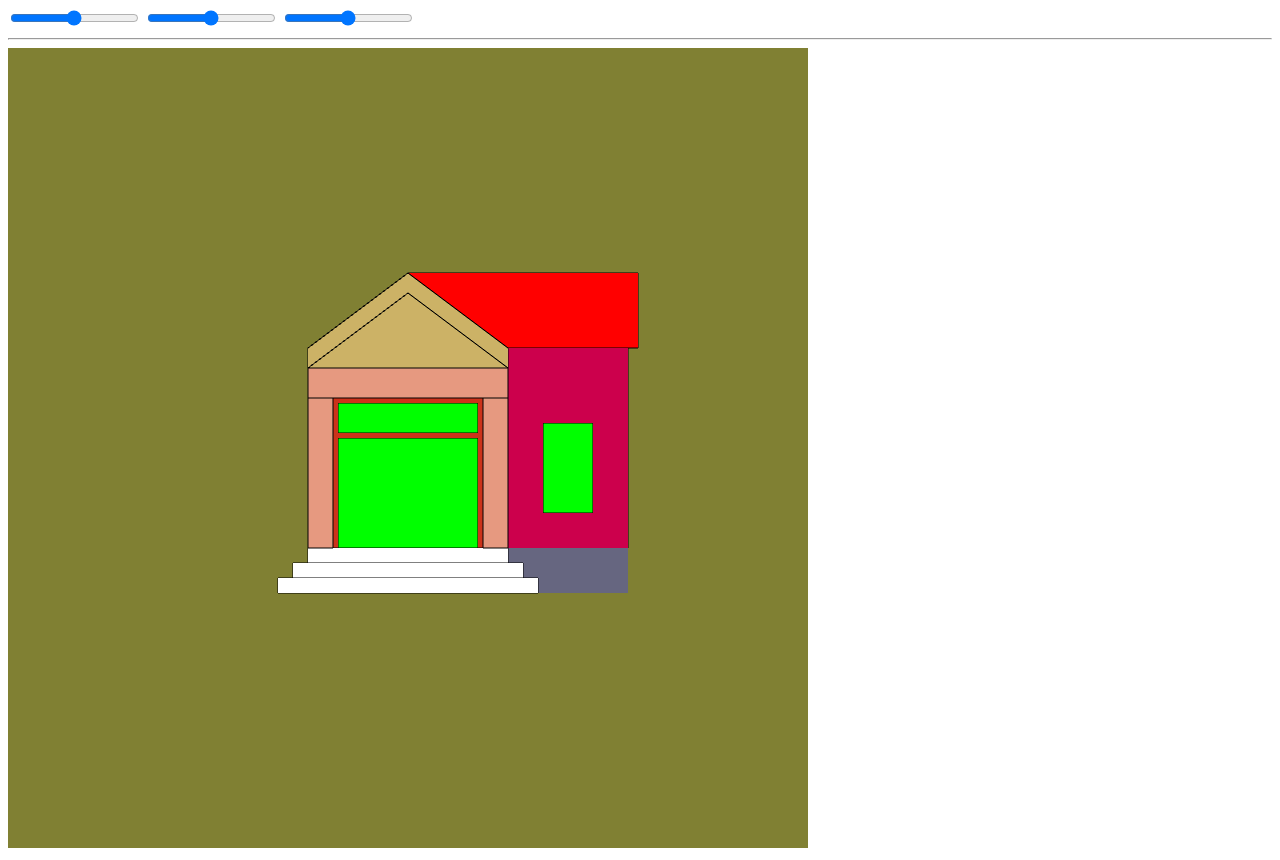
Repository: JoinGame-A36664/Build-House-WebGL
Page: index.html
These files come from the project's save history. The page is drawn as it stood at one moment and after the next save; the edit follows.
The browser window is 1280 px wide. The pictures show the whole page.

Above is the page before, as saved 2021-10-24 23:44:02.
Console error: ReferenceError: program is not defined

After the next save:
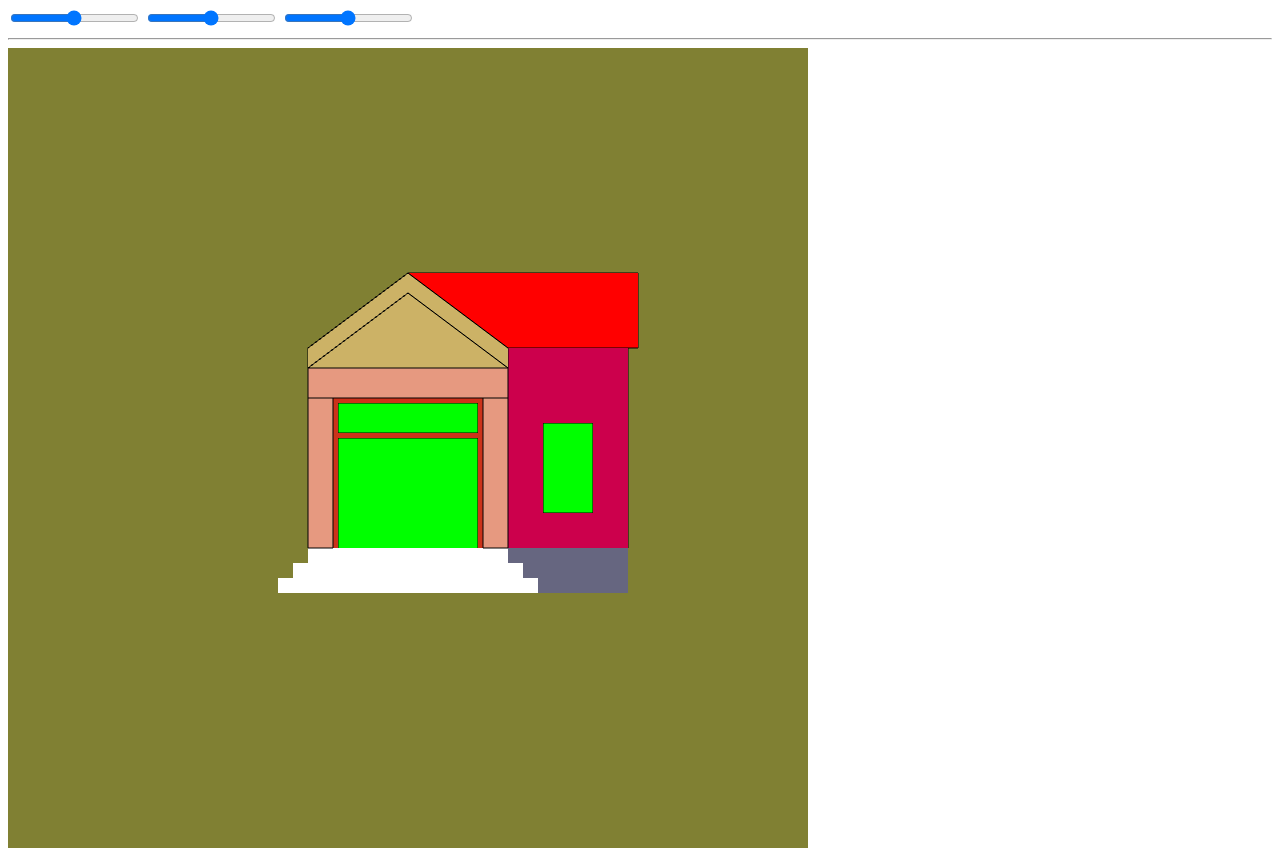
Saved 4 s later.
--- a/Bietthu1.js
+++ b/Bietthu1.js
@@ -320,17 +320,17 @@
           //quad(program,vertices[69],vertices[70],vertices[30],vertices[29],vertexColors[0]);
           //quad(program,vertices[29],vertices[30],vertices[44],vertices[50],vertexColors[0]);
 
-          quad(program, vertices[69], vertices[71], vertices[74], vertices[70], vertexColors[0]);
-          quad(program, vertices[5], vertices[73], vertices[74], vertices[70], vertexColors[0]);
-          quad(program, vertices[69], vertices[71], vertices[72], vertices[0], vertexColors[0]);
-          quad(program, vertices[78], vertices[75], vertices[76], vertices[77], vertexColors[0]);
-          quad(program, vertices[78], vertices[75], vertices[79], vertices[82], vertexColors[0]);
-          quad(program, vertices[75], vertices[76], vertices[80], vertices[79], vertexColors[0]);
-          quad(program, vertices[82], vertices[78], vertices[77], vertices[81], vertexColors[0]);
-          quad(program, vertices[83], vertices[84], vertices[85], vertices[86], vertexColors[0]);
-          quad(program, vertices[83], vertices[84], vertices[87], vertices[88], vertexColors[0]);
-          quad(program, vertices[85], vertices[84], vertices[87], vertices[90], vertexColors[0]);
-          quad(program, vertices[85], vertices[86], vertices[89], vertices[90], vertexColors[0]);
+          // quad(program, vertices[69], vertices[71], vertices[74], vertices[70], vertexColors[0]);
+          // quad(program, vertices[5], vertices[73], vertices[74], vertices[70], vertexColors[0]);
+          // quad(program, vertices[69], vertices[71], vertices[72], vertices[0], vertexColors[0]);
+          // quad(program, vertices[78], vertices[75], vertices[76], vertices[77], vertexColors[0]);
+          // quad(program, vertices[78], vertices[75], vertices[79], vertices[82], vertexColors[0]);
+          // quad(program, vertices[75], vertices[76], vertices[80], vertices[79], vertexColors[0]);
+          // quad(program, vertices[82], vertices[78], vertices[77], vertices[81], vertexColors[0]);
+          // quad(program, vertices[83], vertices[84], vertices[85], vertices[86], vertexColors[0]);
+          // quad(program, vertices[83], vertices[84], vertices[87], vertices[88], vertexColors[0]);
+          // quad(program, vertices[85], vertices[84], vertices[87], vertices[90], vertexColors[0]);
+          // quad(program, vertices[85], vertices[86], vertices[89], vertices[90], vertexColors[0]);
 
 }
 
